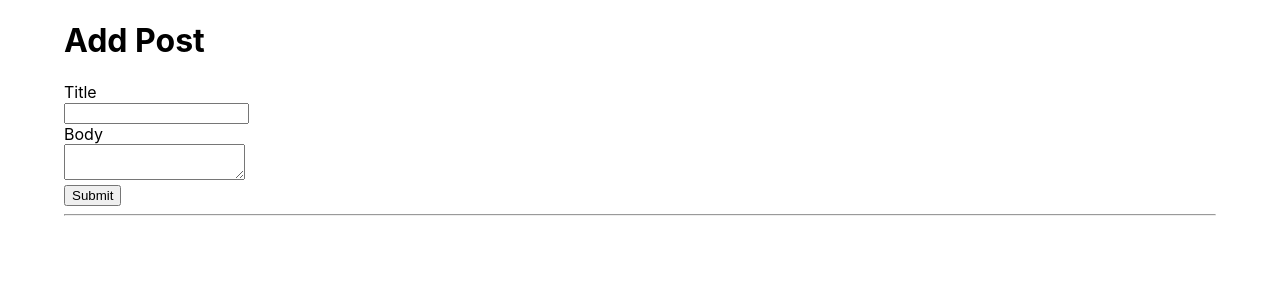
Repository: akinsikuoluwafemi/Red
Page: /
The author's editor kept a copy of each file at every save. The page is drawn from the files as they stood at one save, then again after a run of saves.
The browser window is 1280 px wide. The pictures show the whole page.
The page's requests for data from a server got no answer. The project was rebuilt for these pictures with package versions that can differ from the ones it lists, and the page was loaded fresh each time. No one was signed in, and anything a server would have sent is missing.

Above is the page before, as saved 2021-01-18 09:14:00.

After the next 5 saves:
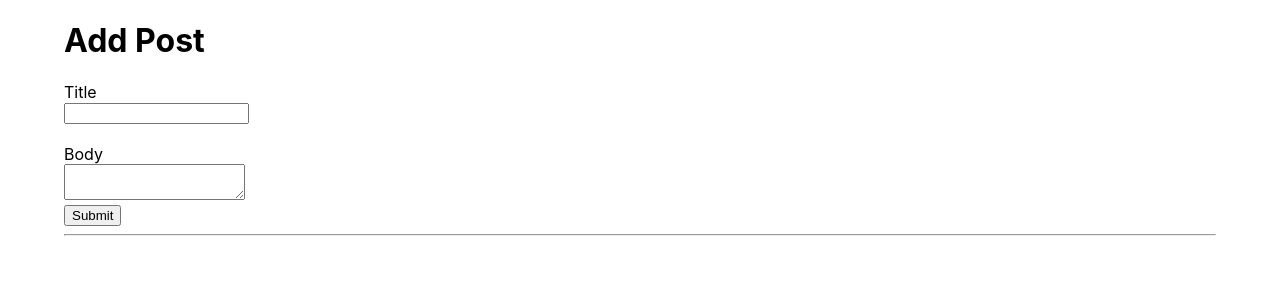
The 5 saves are shown as one change because they came seconds apart.
The last was saved 2 min 56 s later.
--- a/src/components/PostForm.js
+++ b/src/components/PostForm.js
@@ -14,7 +14,8 @@ import React, { Component } from 'react'
                 <label>Title</label> <br/>
                 <input type="text" name="title"/>
               </div>
-              <div>
+                <div>
+                <br/>
                 <label>Body</label> <br/>
                 <textarea name="body" /> <br />
                 <button type="submit">Submit</button>
